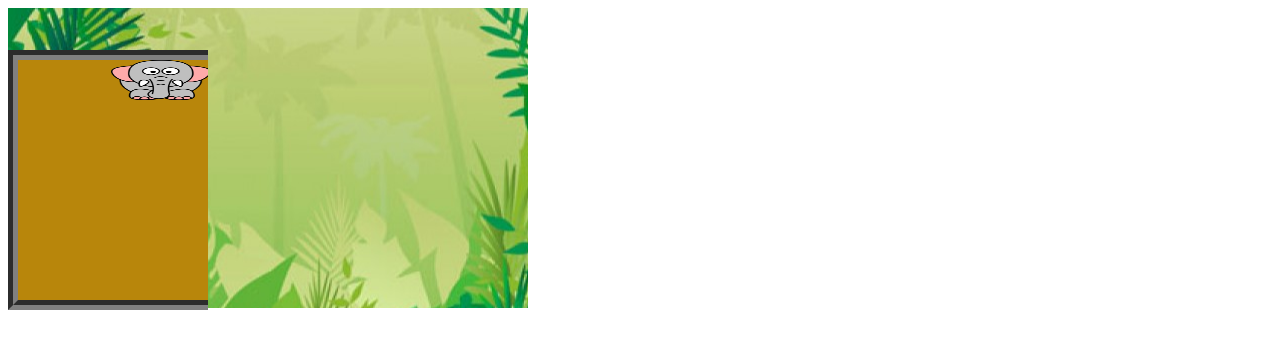
Repository: RathipriyaChandrasekaran/dotlite
Page: ConnectDots/menupage.html
The author's editor kept a copy of each file at every save. The page is drawn from the files as they stood at one save, then again after the next save.
The browser window is 1280 px wide. The pictures show the whole page.

Above is the page before, as saved 2014-12-14 19:23:39.

After the next save:
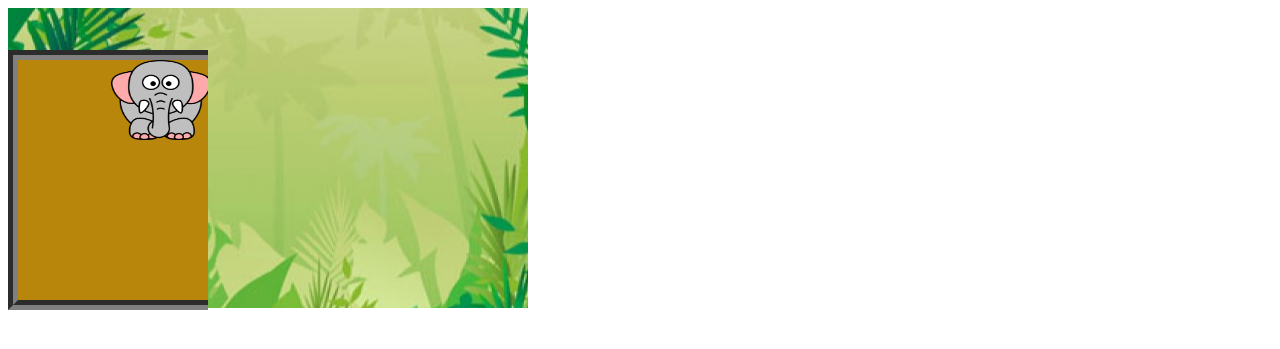
Saved 32 s later.
--- a/ConnectDots/css/menupage.css
+++ b/ConnectDots/css/menupage.css
@@ -24,7 +24,7 @@
 }
 img{
 	width:100px;
-	height: 40px;
+	height: 80px;
 }
 .button {
    border-top: 1px solid #96d1f8;
